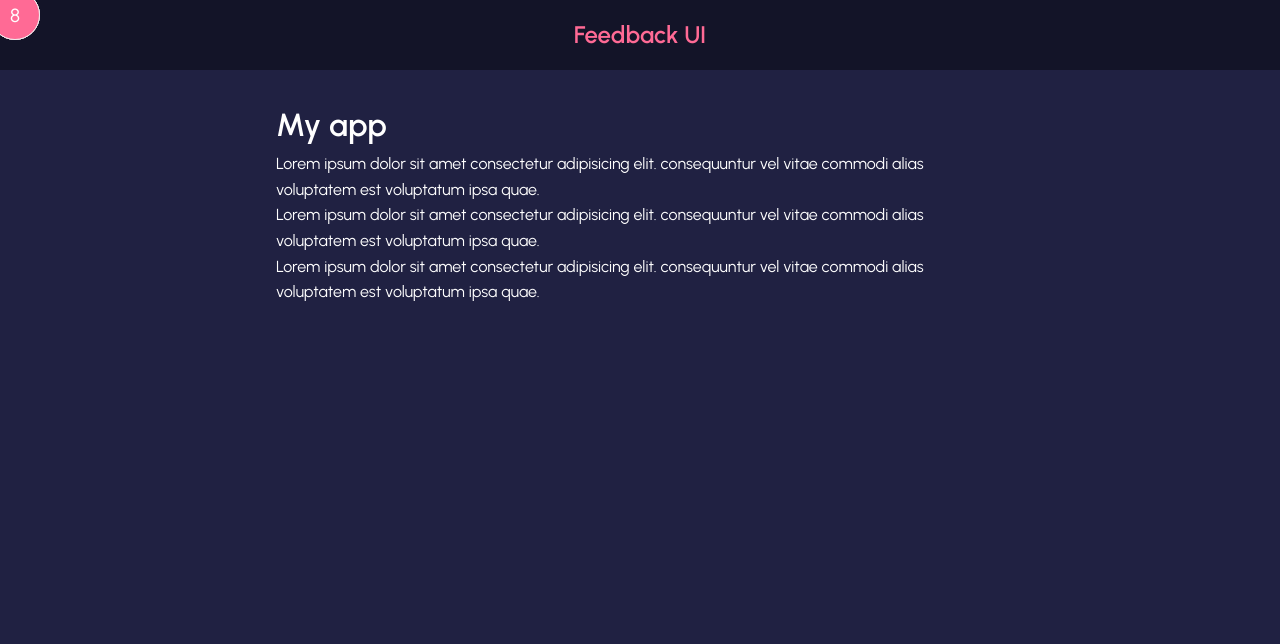
Repository: Vasil1001/feedback-project-react
Page: /
The author's editor kept a copy of each file at every save. The page is drawn from the files as they stood at one save, then again after the next save.
The browser window is 1280 px wide. The pictures show the whole page.
The project was rebuilt for these pictures with package versions that can differ from the ones it lists, and the page was loaded fresh each time. Also part of the build but not shown: vite.config.js.

Above is the page before, as saved 2022-12-28 22:30:44.

### src/App.jsx
import { useState } from 'react'
import './App.css'
import FeedbackList from './components/FeedbackList'
import Header from './components/Header'
import FeedbackData from './data/FeedbackData'

function App() {
  const [feedback, setFeedback] = useState(FeedbackData)

  return (
    <div>
      <Header />
      <div className="container">
        <h1>My app</h1>
        <FeedbackList feedback={feedback}/>
      </div>
    </div>
  )
}

export default App

### src/App.css
@import url('https://fonts.googleapis.com/css2?family=Poppins:wght@400;600;700&display=swap');
@import url('https://fonts.googleapis.com/css2?family=DM+Sans:wght@400;700&family=Roboto+Condensed:wght@300;400;700&family=Urbanist:wght@100;300;400;600&display=swap');
* {
  box-sizing: border-box;
  margin: 0;
  padding: 0;
}

body {
  font-family: 'Urbanist', sans-serif;
  background-color: #202142;
  color: #fff;
  line-height: 1.6;
}

ul {
  list-style: none;
}

.container {
  max-width: 768px;
  margin: auto;
  padding: 0 20px;
}

header {
  height: 70px;
  width: 100%;
  display: flex;
  justify-content: space-between;
  align-items: center;
  margin-bottom: 30px;
}

.card {
  background-color: #fff;
  color: #333;
  border-radius: 15px;
  padding: 40px 50px;
  margin: 20px 0;
  position: relative;
}

.card.reverse {
  background-color: rgba(0, 0, 0, 0.4);
  color: #fff;
}

.card h2 {
  font-size: 22px;
  font-weight: 600;
  text-align: center;
}

.rating {
  display: flex;
  align-items: center;
  justify-content: space-around;
  margin: 30px 0 40px;
}

.rating li,
.num-display {
  position: relative;
  background: #f4f4f4;
  width: 50px;
  height: 50px;
  padding: 10px;
  text-align: center;
  border-radius: 50%;
  font-size: 19px;
  border: 1px #eee solid;
  transition: 0.3s;
}

.rating li label {
  position: absolute;
  top: 50%;
  left: 50%;
  width: 50px;
  height: 50px;
  padding: 10px;
  border-radius: 50%;
  transform: translate(-50%, -50%);
  cursor: pointer;
}

.rating li:hover,
.num-display {
  background: #ff6a95;
  color: #fff;
}

[type='radio'] {
  opacity: 0;
}

[type='radio']:checked ~ label {
  background: #ff6a95;
  color: #fff;
}

.input-group {
  display: flex;
  flex-direction: row;
  border: 1px solid #ccc;
  padding: 8px 10px;
  border-radius: 8px;
}

input {
  flex-grow: 2;
  border: none;
  font-size: 16px;
}

input:focus {
  outline: none;
}

.feedback-stats {
  color: #fff;
  display: flex;
  justify-content: space-between;
  align-items: center;
}

.num-display {
  position: absolute;
  top: -10px;
  left: -10px;
}

.close,
.edit {
  position: absolute;
  top: 10px;
  right: 20px;
  cursor: pointer;
  background: none;
  border: none;
}

.edit {
  right: 40px;
}

.btn {
  color: #fff;
  border: 0;
  border-radius: 8px;
  color: #fff;
  width: 100px;
  height: 40px;
  cursor: pointer;
}

.btn-primary {
  background-color: #202142;
}

.btn-secondary {
  background: #ff6a95;
}

.btn:hover {
  transform: scale(0.98);
  opacity: 0.9;
}

.btn:disabled {
  background-color: #cccccc;
  color: #333;
  cursor: auto;
}

.btn:disabled:hover {
  transform: scale(1);
  opacity: 1;
}

.message {
  padding-top: 10px;
  text-align: center;
  color: rebeccapurple;
}

/* FIX: Remove position: absolute to keep about icon at the bottom of the
 * document */
.about-link {
  display: flex;
  justify-content: flex-end;
}

/* FIX: Remove position: absolute to keep about icon at the bottom of the
 * document */
.about-link a {
  color: #fff;
  cursor: pointer;
}

.about-link a:hover {
  color: #ff6a95;
}

.about h1 {
  margin-bottom: 20px;
}

.about p {
  margin: 10px 0;
}

@media (max-width: 600px) {
  .rating li {
    margin: 10px 3px;
  }

  .rating {
    display: flex;
    align-items: center;
    justify-content: center;
    flex-wrap: wrap;
    margin: 30px 0 40px;
  }

  .input-group input {
    width: 80%;
  }
}

### src/components/FeedbackList.jsx
import React from 'react'
import FeedbackItem from './FeedbackItem'

export default function FeedbackList({ feedback }) {
    return (
        <div className="feedback-list">
            {feedback.length > 0 ? feedback.map((item) => (
                <FeedbackItem key={item.id} item={item}/>
            ))
                : <p>No feedback yet</p>}
        </div>
    )
}

### src/components/Header.jsx
import React from 'react'

function Header({ text }) {
    return (
        <header style={{backgroundColor: 'rgba(0,0,0,0.4', color: '#ff6a95'}}>
            <div className="container">
                <h2>{text}</h2>
            </div>
        </header>
    )
}
Header.defaultProps = {
    text: 'Feedback UI',
}
export default Header

### src/components/FeedbackItem.jsx
import React, { useState } from 'react'
import Card from './shared/Card'

function FeedbackItem({item}) {
    return (

        <Card>
            <div className="num-display">{item.rating}</div>
            <div className="text-display">{item.text}</div>
        </Card>
    )
}

export default FeedbackItem

### src/components/shared/Card.jsx
import React from 'react'

function Card({ children }) {
    return (
        <div>
            {children}
        </div>
    )
}

export default Card

Loaded but not shown: index.html (common file); src/main.jsx (common file); src/data/FeedbackData.jsx (common file)

After the next save:
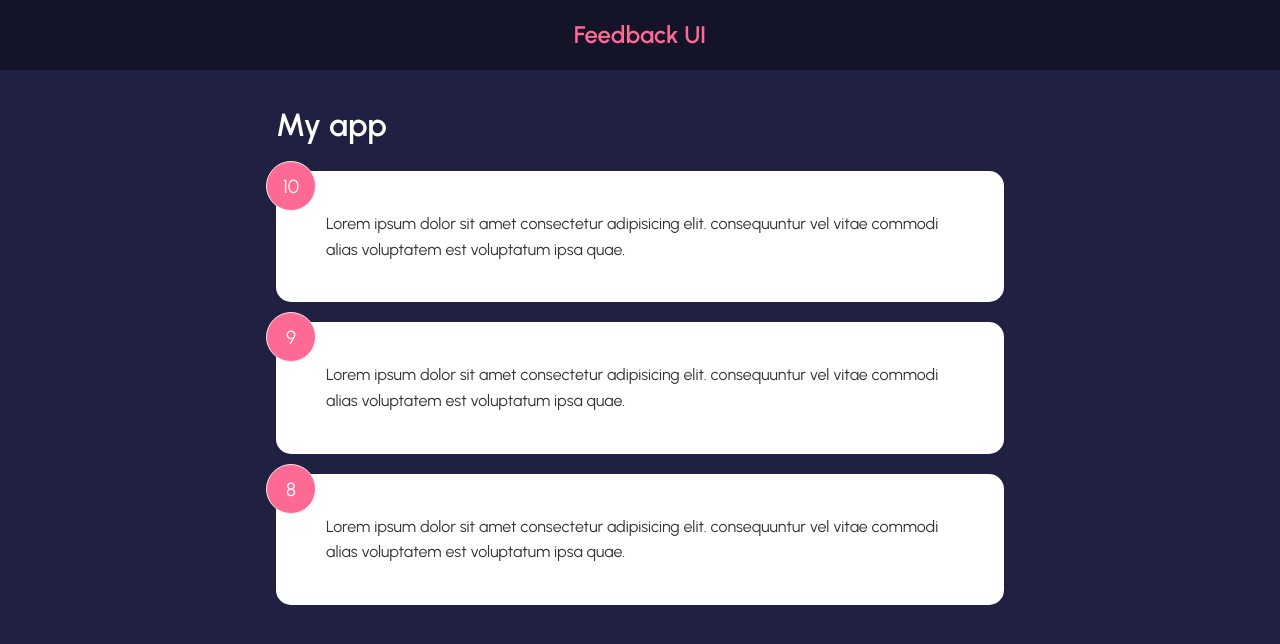
Saved 4 s later.
--- a/src/components/shared/Card.jsx
+++ b/src/components/shared/Card.jsx
@@ -2,7 +2,7 @@ import React from 'react'
 
 function Card({ children }) {
     return (
-        <div>
+        <div className="card">
             {children}
         </div>
     )
